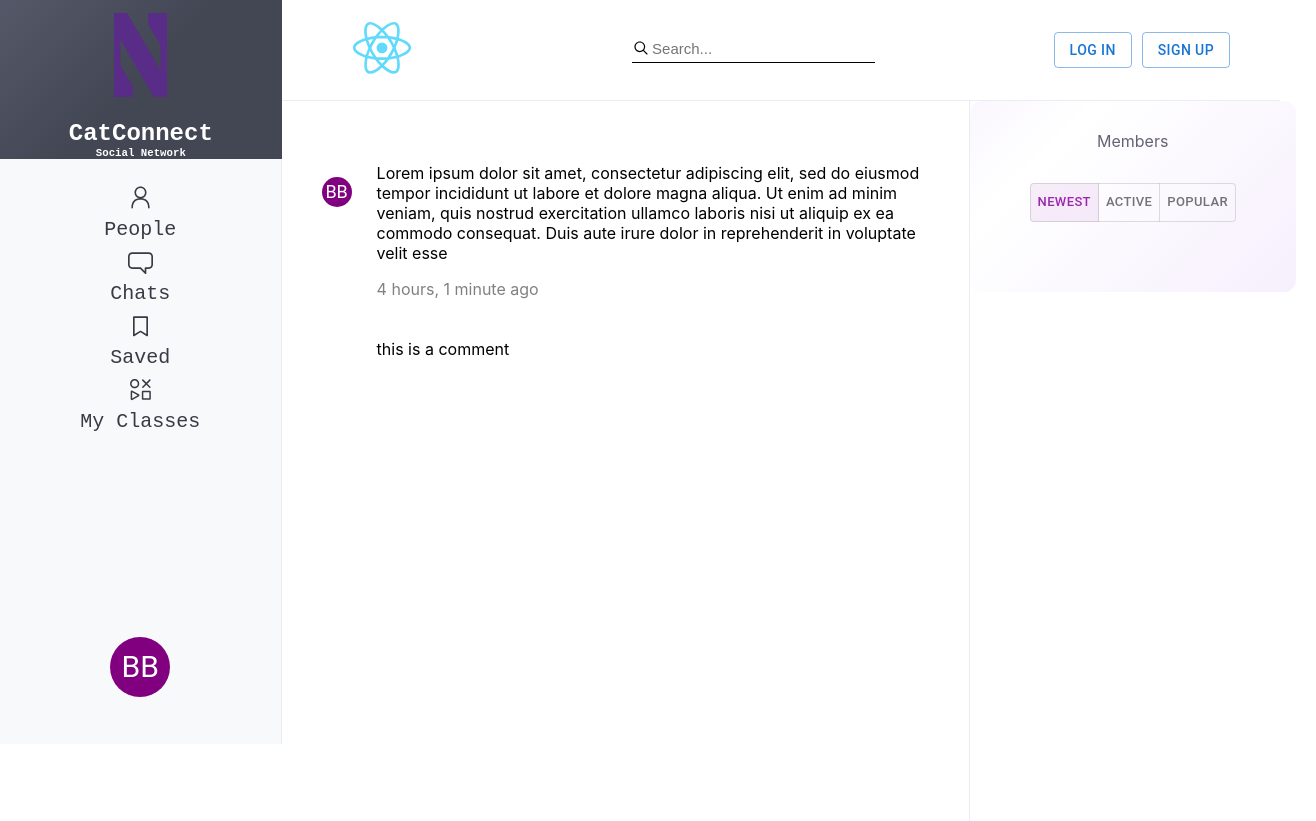
Repository: bbrockbrown/fws_proj
Page: / (app in frontend/)
The author's editor kept a copy of each file at every save. The page is drawn from the files as they stood at one save, then again after the next save.
The browser window is 1280 px wide. The page is 1296 px wide, then 1316 px, then 1296 px, so the pictures cover 1316 px, including what lies to the right of the window. The pictures show the whole page.
The project was rebuilt for these pictures with package versions that can differ from the ones it lists, and the page was loaded fresh each time. Also part of the build but not shown: frontend/craco.config.js.

Above is the page before, as saved 2025-04-27 12:00:57.

### frontend/src/index.jsx
import React from 'react';

import ReactDOM from 'react-dom/client';

import App from './App';
import './index.css';
import reportWebVitals from './reportWebVitals';

const root = ReactDOM.createRoot(document.getElementById('root'));
root.render(
  <React.StrictMode>
    <App />
  </React.StrictMode>
);

// If you want to start measuring performance in your app, pass a function
// to log results (for example: reportWebVitals(console.log))
// or send to an analytics endpoint. Learn more: https://bit.ly/CRA-vitals
reportWebVitals();

### frontend/src/App.jsx
import React from 'react';

import styled from 'styled-components';

import Feed from 'common/components/Feed';
import MemberCard from 'common/components/MemberCard';
import SidebarLayout from 'common/components/layouts/SidebarLayout';

import './App.css';
import NavLayout from './common/components/layouts/NavLayout.jsx';

function App() {
  return (
    <div className='App'>
      <NavLayout />
      <SidebarLayout />
      <div
        className='content'
        style={{
          display: 'flex',
          paddingRight: '88px',
          marginLeft: '22%',
        }}
      >
        <Feed />
        <MemberCard />
      </div>
    </div>
  );
}

export default App;

// import React from 'react';

// import { BrowserRouter, Route, Routes } from 'react-router-dom';
// import {
//   PrivateRoute,
//   PublicOnlyRoute
// } from './components/routes/ProtectedRoutes';
// import { UserProvider } from './contexts/UserContext';
// import NavLayout from './components/layouts/NavLayout.jsx';
// import './App.css';

// function App() {
//   return (
//     <UserProvider>
//       <BrowserRouter>
//         <Routes>
//           <Route path='/' element={<NavLayout/>}>
//             <Route element={<PrivateRoute />}>
//               {/* Pages only for logged in users */}
//             </Route>
//             <Route element={<PublicOnlyRoute />}>
//               {/* Pages for only logged out users */}
//             </Route>
//           </Route>
//         </Routes>
//       </BrowserRouter>
//     </UserProvider>
//   );
// }

// export default App;

### frontend/src/common/components/Feed.jsx
import React, { useState } from 'react';

import { Avatar } from '@mui/material';
import styled from 'styled-components';

const FeedContainer = styled.div`
  padding: 30px 40px 70px 40px;
  flex: 0 0 66.6667%;
  max-width: 0.66.6667%;
`;

const PostList = styled.ul`
  position: relative;
  padding: 0;
`;

const PostItem = styled.li`
  list-style: none;
  padding: 0;
  margin-top: 0px;
  margin-bottom: 2.5rem;
  border: none !important;
  position: relative;
`;

const PostAvatar = styled.div`
  margin: 0;
  position: absolute;
  left: 0px;
  top: 30px;
  float: left;
  z-index: 1;
  text-align: center;
`;

const PostContent = styled.div`
  margin-left: 55px;
  position: relative;
  display: flex;
  flex-direction: column;
`;

export default function Feed() {
  const [posts, setPosts] = useState([]);

  return (
    <FeedContainer>
      <PostList>
        <PostItem>
          <PostAvatar>
            <Avatar sx={{ bgcolor: 'purple', width: '30px', height: '30px' }}>
              <p style={{ fontSize: '18px' }}>BB</p>
            </Avatar>
          </PostAvatar>
          <PostContent>
            <div style={{ marginBottom: '0.5rem', textAlign: 'left' }}>
              <div>
                <p>
                  Lorem ipsum dolor sit amet, consectetur adipiscing elit, sed
                  do eiusmod tempor incididunt ut labore et dolore magna aliqua.
                  Ut enim ad minim veniam, quis nostrud exercitation ullamco
                  laboris nisi ut aliquip ex ea commodo consequat. Duis aute
                  irure dolor in reprehenderit in voluptate velit esse{' '}
                </p>
              </div>
              <div>
                <p style={{ fontSize: '1rem', color: 'gray' }}>
                  4 hours, 1 minute ago
                </p>
              </div>
            </div>
            <div style={{ textAlign: 'left' }}>
              <p>this is a comment</p>
            </div>
          </PostContent>
        </PostItem>
      </PostList>
    </FeedContainer>
  );
}

### frontend/src/common/components/MemberCard.jsx
import React, { useState } from 'react';

import { ToggleButton, ToggleButtonGroup } from '@mui/material';
import styled from 'styled-components';

const MemCardContainer = styled.div`
  padding: 30px 30px 70px 30px;
  min-width: 33.33%;
  width: 100%;
  border-radius: 12px;
  color: rgb(98, 98, 118);
  background-color: rgba(130, 36, 227, 0.02);
  background: linear-gradient(
    135deg,
    rgba(130, 36, 227, 0.04) 0%,
    rgba(255, 255, 255, 0) 25%,
    rgba(130, 36, 227, 0.07) 100%
  );
`;

const CardTitle = styled.div`
  margin-bottom: 1rem;
  padding-bottom: 1rem;
  position: relative;
  font-size: 1rem;
`;

export default function MemberCard() {
  const [newestMembers, setNewestMembers] = useState([]);
  const [activeMembers, setActiveMembers] = useState([]);
  const [popularMembers, setPopularMembers] = useState([]);

  function MemberToggle() {
    const [mode, setMode] = useState('Newest');

    const handleModeChange = (event, newMode) => {
      if (newMode !== null) {
        setMode(newMode);
      }
    };

    return (
      <ToggleButtonGroup
        value={mode}
        exclusive
        onChange={handleModeChange}
        aria-label='member mode'
        size='small'
        color='secondary'
      >
        <ToggleButton value='Newest' aria-label='newest members'>
          Newest
        </ToggleButton>
        <ToggleButton value='Active' aria-label='active members'>
          Active
        </ToggleButton>
        <ToggleButton value='Popular' aria-label='popular members'>
          Popular
        </ToggleButton>
      </ToggleButtonGroup>
    );
  }

  return (
    <div style={{ borderLeft: '1px solid #e7edf2', height: '100vh' }}>
      <MemCardContainer>
        <div>
          <CardTitle>Members</CardTitle>
          <MemberToggle />
        </div>
      </MemCardContainer>
    </div>
  );
}

### frontend/src/common/components/layouts/SidebarLayout.jsx
import React from 'react';

import { Avatar } from '@mui/material';
import {
  BookmarkIcon,
  ChatBubbleIcon,
  PersonIcon,
} from '@radix-ui/react-icons';
import nulogo from 'assets/icons/nulogo.svg';
import styled from 'styled-components';

const BarContainer = styled.div`
  position: fixed;
  top: 0;
  left: 0;
  overflow: visible;
  z-index: 9;
  width: 22%;
  min-width: 160px;
  height: 100vh;
  text-align: center;
`;

const InfoContainer = styled.div`
  background-color: #383a45;
  background-image: linear-gradient(
    135deg,
    rgb(85, 88, 104) 0%,
    rgb(67, 70, 83) 50%
  );
`;

const Logo = styled.img`
  max-width: 80%;
  max-height: 90px;
  height: auto;
  vertical-align: middle;
  border-style: none;
  margin-top: 10px;
  margin-left: auto;
  margin-right: auto;
`;

const LogoText = styled.h2`
  font-family: 'Courier New', monospace;
  color: white;
  margin-bottom: 0px;
`;

const SubLogoText = styled.h6`
  font-family: 'Courier New', monospace;
  color: white;
  margin-top: 0px;
  margin-bottom: 0px;
`;

const IconContainer = styled.div`
  padding-bottom: 15px;
  padding-top: 10px;
  border-right: 1px solid #e7edf2;
  background-color: #f7f9fb;
  font-family: 'Courier New', monospace;
  height: calc(100% - 160px);
`;

const IconList = styled.ul`
  padding: 0 1rem;
  text-align: center;
  flex-grow: 1;
`;

const IconItem = styled.li`
  list-style: none;
  width: 100%;
  margin-bottom: 0.5rem;
`;

const IconLink = styled.a`
  text-decoration: none;
  display: flex;
  flex-direction: column;
  align-items: center;
  gap: 0.5rem;
  color: #383a45;
  font-size: 1.25rem;
  transition: 0.1s ease-in;

  &:hover {
    color: rgb(131, 80, 172);
  }
  & > svg {
    height: 25px;
    width: auto;
  }
`;

export default function SidebarLayout() {
  return (
    <BarContainer>
      <div style={{ height: '100%', maxWidth: '100%' }}>
        <InfoContainer>
          <Logo src={nulogo} />
          <LogoText>CatConnect</LogoText>
          <SubLogoText>Social Network</SubLogoText>
        </InfoContainer>
        <IconContainer>
          <div
            style={{
              maxWidth: '250px',
              marginLeft: 'auto',
              marginRight: 'auto',
              display: 'flex',
              flexDirection: 'column',
              justifyContent: 'space-between',
              height: '100%',
            }}
          >
            <IconList>
              <IconItem>
                <IconLink href='/'>
                  <PersonIcon />
                  <span>People</span>
                </IconLink>
              </IconItem>
              <IconItem>
                <IconLink href='/'>
                  <ChatBubbleIcon />
                  <span>Chats</span>
                </IconLink>
              </IconItem>
              <IconItem>
                <IconLink href='/'>
                  <BookmarkIcon />
                  <span>Saved</span>
                </IconLink>
              </IconItem>
              <IconItem>
                <IconLink href='/'>
                  <svg
                    width='15'
                    height='15'
                    viewBox='0 0 15 15'
                    fill='none'
                    xmlns='http://www.w3.org/2000/svg'
                  >
                    <path
                      d='M2.14921 3.99996C2.14921 2.97778 2.97784 2.14915 4.00002 2.14915C5.02219 2.14915 5.85083 2.97778 5.85083 3.99996C5.85083 5.02213 5.02219 5.85077 4.00002 5.85077C2.97784 5.85077 2.14921 5.02213 2.14921 3.99996ZM4.00002 1.24915C2.48079 1.24915 1.24921 2.48073 1.24921 3.99996C1.24921 5.51919 2.48079 6.75077 4.00002 6.75077C5.51925 6.75077 6.75083 5.51919 6.75083 3.99996C6.75083 2.48073 5.51925 1.24915 4.00002 1.24915ZM5.82034 11.0001L2.49998 12.8369V9.16331L5.82034 11.0001ZM2.63883 8.21159C2.17228 7.9535 1.59998 8.29093 1.59998 8.82411V13.1761C1.59998 13.7093 2.17228 14.0467 2.63883 13.7886L6.57235 11.6126C7.05389 11.3462 7.05389 10.654 6.57235 10.3876L2.63883 8.21159ZM8.30001 9.00003C8.30001 8.61343 8.61341 8.30003 9.00001 8.30003H13C13.3866 8.30003 13.7 8.61343 13.7 9.00003V13C13.7 13.3866 13.3866 13.7 13 13.7H9.00001C8.61341 13.7 8.30001 13.3866 8.30001 13V9.00003ZM9.20001 9.20003V12.8H12.8V9.20003H9.20001ZM13.4432 2.19311C13.6189 2.01737 13.6189 1.73245 13.4432 1.55671C13.2675 1.38098 12.9826 1.38098 12.8068 1.55671L11 3.36353L9.19321 1.55674C9.01748 1.381 8.73255 1.381 8.55682 1.55674C8.38108 1.73247 8.38108 2.0174 8.55682 2.19313L10.3636 3.99992L8.55682 5.80671C8.38108 5.98245 8.38108 6.26737 8.55682 6.44311C8.73255 6.61885 9.01748 6.61885 9.19321 6.44311L11 4.63632L12.8068 6.44314C12.9826 6.61887 13.2675 6.61887 13.4432 6.44314C13.6189 6.2674 13.6189 5.98247 13.4432 5.80674L11.6364 3.99992L13.4432 2.19311Z'
                      fill='currentColor'
                      fillRule='evenodd'
                      clipRule='evenodd'
                    ></path>
                  </svg>
                  <span>My Classes</span>
                </IconLink>
              </IconItem>
            </IconList>
            <div
              style={{
                display: 'flex',
                justifyContent: 'center',
                padding: '2rem 1rem',
              }}
            >
              <Avatar sx={{ bgcolor: 'purple', width: '60px', height: '60px' }}>
                <p style={{ fontSize: '30px' }}>BB</p>
              </Avatar>
            </div>
          </div>
        </IconContainer>
      </div>
    </BarContainer>
  );
}

### frontend/src/App.css
.App {
  text-align: center;
}

.App-logo {
  height: 100vmin;
  pointer-events: none;
  width: 100vh;
}

@media (prefers-reduced-motion: no-preference) {
  .App-logo {
    animation: App-logo-spin infinite 20s linear;
  }
}

.App-header {
  background-color: #282c34;
  min-height: 100vh;
  display: flex;
  flex-direction: column;
  align-items: center;
  justify-content: center;
  font-size: calc(10px + 2vmin);
  color: white;
}

.App-link {
  color: #61dafb;
}

@keyframes App-logo-spin {
  from {
    transform: rotate(0deg);
  }
  to {
    transform: rotate(360deg);
  }
}

.navigation {
  display: flex;
  gap: 10px;
}

### frontend/src/common/components/layouts/NavLayout.jsx
import React, { useEffect, useState } from 'react';

import Button from '@mui/material/Button';
import { MagnifyingGlassIcon } from '@radix-ui/react-icons';
import logo from 'assets/icons/logo.svg';
import styled from 'styled-components';

const NavContainer = styled.div`
  max-height: 100px;
  display: flex;
  justify-content: space-between;
  align-items: center;
  padding: 0px 50px;
  border-bottom: 1px solid rgb(231, 237, 242);
  margin-left: 22%;
`;

const IconContainer = styled.div`
  position: absolute;Ç
  left: 0;
  top: 50%;
  transform: translateY(-50%);
`;

const SearchContainer = styled.div`
  position: relative;
`;

const TextContainer = styled.div`
  width: 100%;
  position: relative;
`;

const StyledInput = styled.input`
  background: none;
  width: 100%;
  border: none;
  outline: none;
  padding-left: 1.25rem;
  padding-bottom: 5px;
  border-bottom: 1px solid black;
  font-size: 15px;
`;

function SearchBar() {
  const [input, setInput] = useState('');

  useEffect(() => {
    console.log('new input is', input);
  }, [input]);

  return (
    <SearchContainer>
      <IconContainer>
        <MagnifyingGlassIcon height='18' width='18' />
      </IconContainer>
      <TextContainer>
        <StyledInput
          type='text'
          autoComplete='off'
          placeholder='Search...'
          onChange={(e) => setInput(e.target.value)}
          required
        />
      </TextContainer>
    </SearchContainer>
  );
}

export default function NavLayout() {
  const [page, setPage] = useState('');

  return (
    <NavContainer>
      <div className='logo-container'>
        <img src={logo} alt='logo' width='100' height='100' />
      </div>
      <div className='search-bar'>
        <SearchBar />
      </div>
      <div className='navigation'>
        <Button variant='outlined'> Log In </Button>
        <Button variant='outlined'> Sign Up </Button>
      </div>
    </NavContainer>
  );
}

Loaded but not shown: frontend/public/index.html (common file); frontend/src/index.css (common file); frontend/src/reportWebVitals.js (common file)

After the next save:
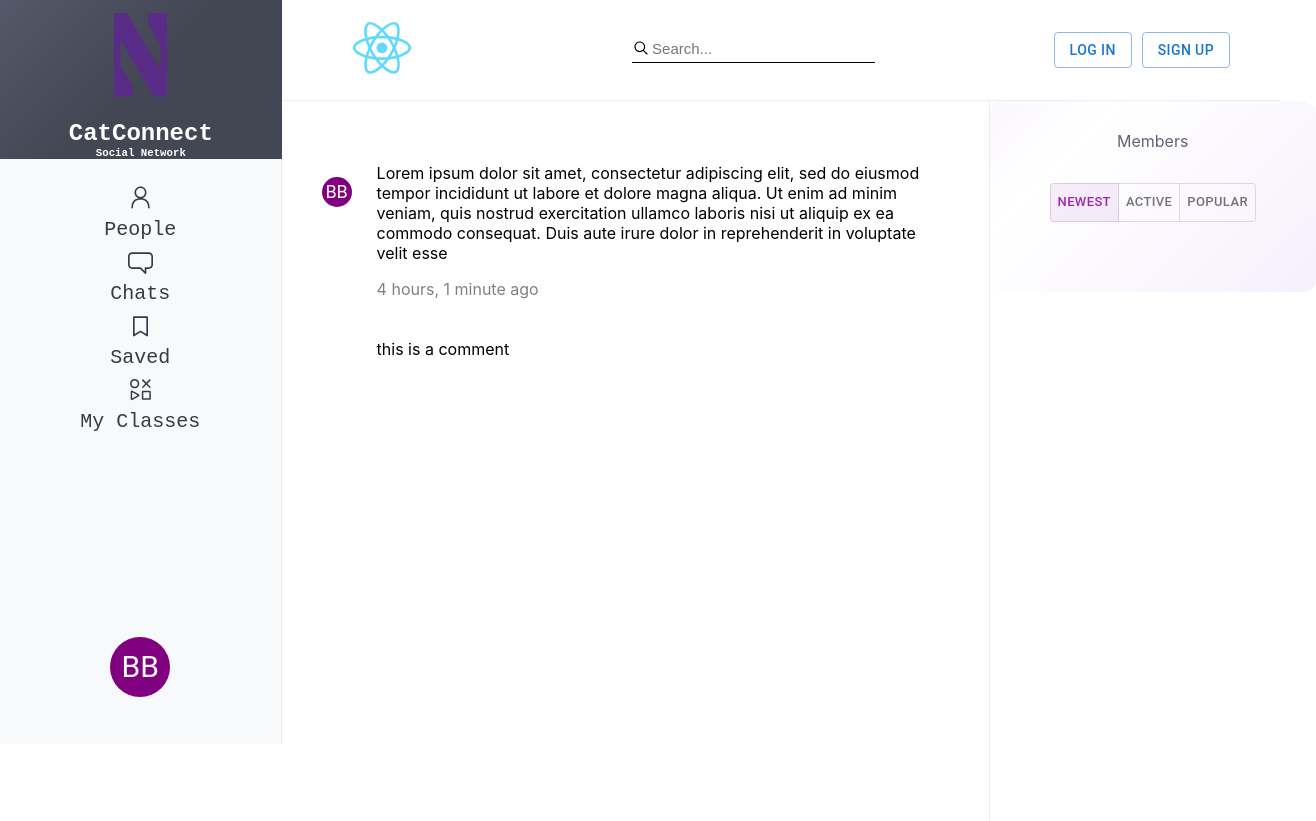
Saved 9 s later.
--- a/frontend/src/common/components/Feed.jsx
+++ b/frontend/src/common/components/Feed.jsx
@@ -4,7 +4,7 @@
 import styled from 'styled-components';
 
 const FeedContainer = styled.div`
-  padding: 30px 40px 70px 40px;
+  padding: 30px 60px 70px 40px;
   flex: 0 0 66.6667%;
   max-width: 0.66.6667%;
 `;

After the save that followed:
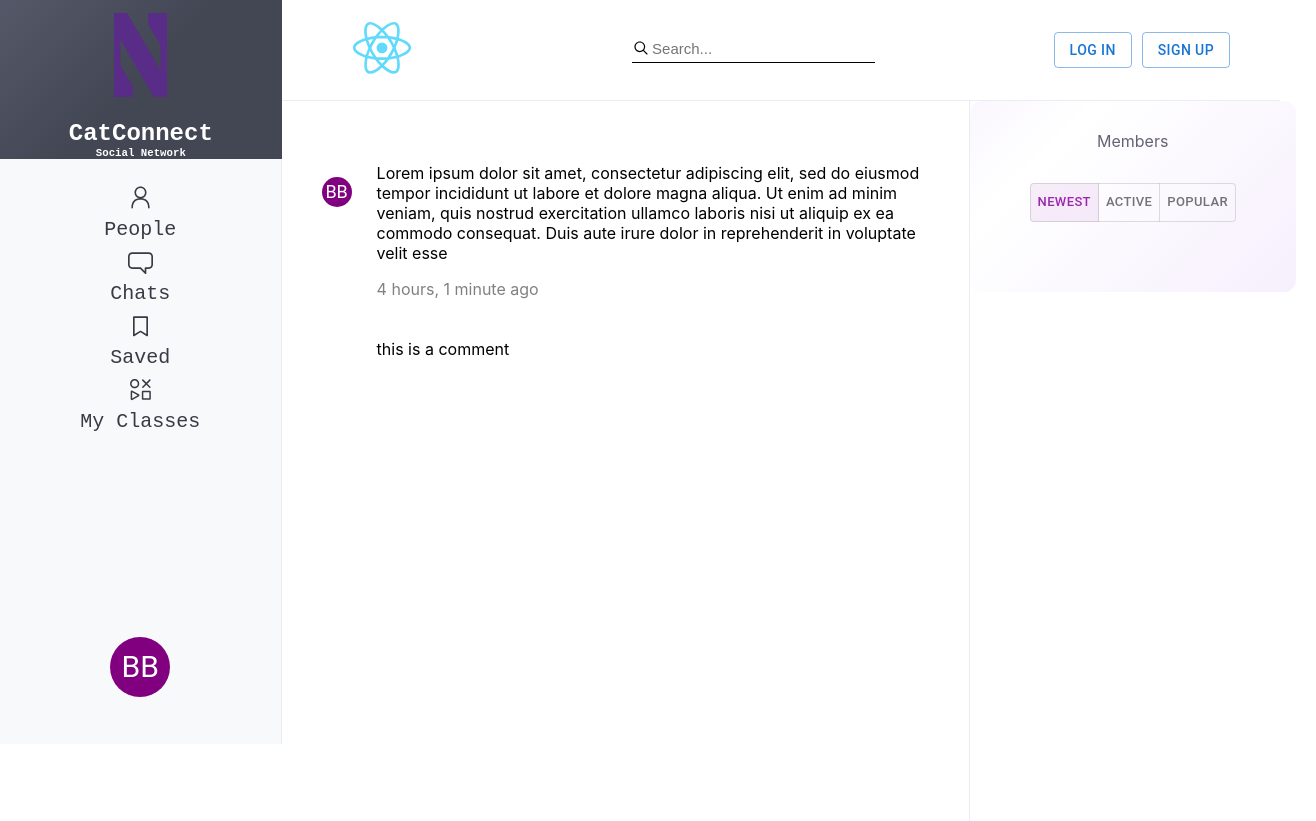
Saved 6 s later.
--- a/frontend/src/common/components/Feed.jsx
+++ b/frontend/src/common/components/Feed.jsx
@@ -4,7 +4,7 @@
 import styled from 'styled-components';
 
 const FeedContainer = styled.div`
-  padding: 30px 60px 70px 40px;
+  padding: 30px 40px 70px 40px;
   flex: 0 0 66.6667%;
   max-width: 0.66.6667%;
 `;
